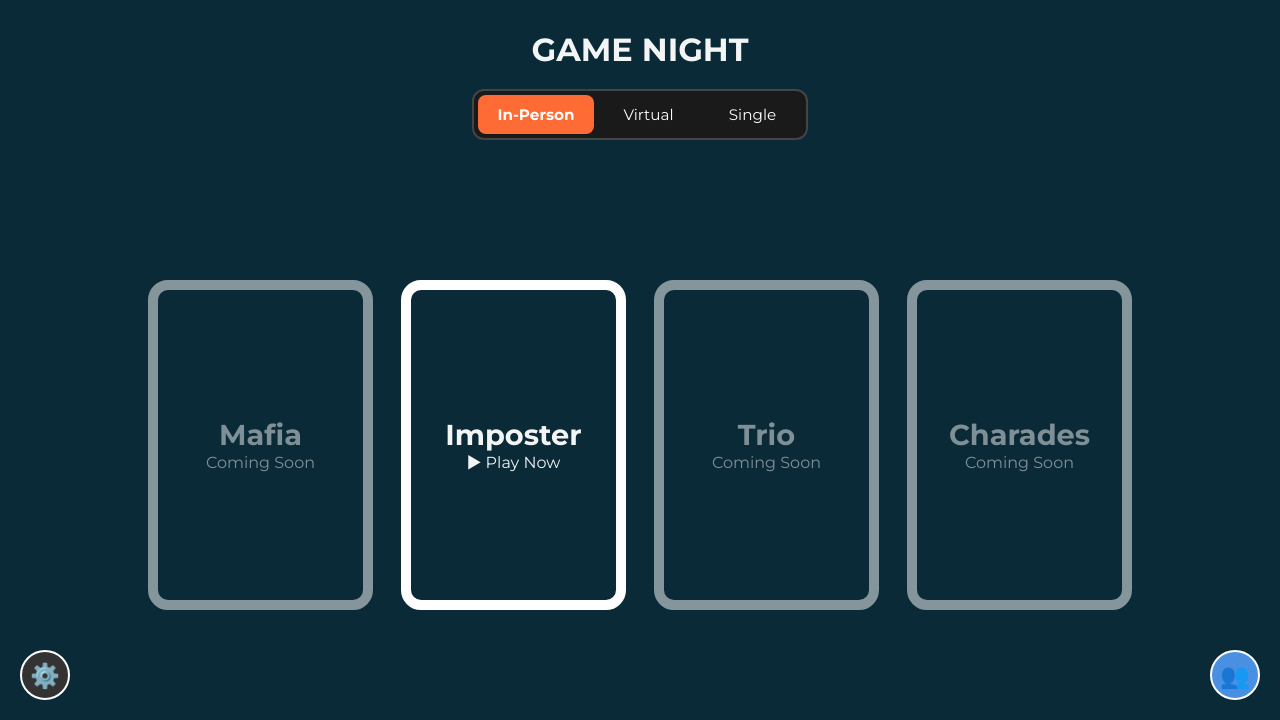
Repository: nfemmanuel/game-night-app
Page: /
These files come from the project's save history. The page is drawn as it stood at one moment and after the next save; the edit follows.
The browser window is 1280 px wide. The pictures show the whole page.
Some web fonts or font styles are not loaded; a fallback is used. The project was rebuilt for these pictures with package versions that can differ from the ones it lists, and the page was loaded fresh each time. Also part of the build but not shown: src/components/BackButton.jsx, src/components/HelpButton.jsx, src/pages/imposter/ImposterSetup.jsx, src/data/wordList.js, src/pages/imposter/ImposterReveal.jsx, src/pages/imposter/ImposterVoting.jsx.

Above is the page before, as saved 2026-01-04 00:34:54.

### public/index.html
<!DOCTYPE html>
<html lang="en">

<head>
  <meta charset="utf-8" />
  <link rel="icon" href="%PUBLIC_URL%/favicon.ico" />
  <link rel="preconnect" href="https://fonts.googleapis.com">
  <link rel="preconnect" href="https://fonts.gstatic.com" crossorigin>
  <link href="https://fonts.googleapis.com/css2?family=Montserrat:wght@400;600;700&display=swap" rel="stylesheet">
  <meta name="viewport" content="width=device-width, initial-scale=1, maximum-scale=1, user-scalable=no" />
  <meta name="theme-color" content="#000000" />
  <meta name="description" content="Web site created using create-react-app" />
  <link rel="apple-touch-icon" href="%PUBLIC_URL%/logo192.png" />
  <!--
      manifest.json provides metadata used when your web app is installed on a
      user's mobile device or desktop. See https://developers.google.com/web/fundamentals/web-app-manifest/
    -->
  <link rel="manifest" href="%PUBLIC_URL%/manifest.json" />
  <!--
      Notice the use of %PUBLIC_URL% in the tags above.
      It will be replaced with the URL of the `public` folder during the build.
      Only files inside the `public` folder can be referenced from the HTML.

      Unlike "/favicon.ico" or "favicon.ico", "%PUBLIC_URL%/favicon.ico" will
      work correctly both with client-side routing and a non-root public URL.
      Learn how to configure a non-root public URL by running `npm run build`.
    -->
  <title>NF's Game Night</title>
</head>

<body>
  <noscript>You need to enable JavaScript to run this app.</noscript>
  <div id="root"></div>
  <!--
      This HTML file is a template.
      If you open it directly in the browser, you will see an empty page.

      You can add webfonts, meta tags, or analytics to this file.
      The build step will place the bundled scripts into the <body> tag.

      To begin the development, run `npm start` or `yarn start`.
      To create a production bundle, use `npm run build` or `yarn build`.
    -->
</body>

</html>

### src/styles/global.css
* {
    margin: 0;
    padding: 0;
    box-sizing: border-box;
}

body {
    font-family: 'Montserrat', -apple-system, BlinkMacSystemFont, 'Segoe UI', 'Roboto', 'Oxygen',
        'Ubuntu', 'Cantarell', 'Fira Sans', 'Droid Sans', 'Helvetica Neue',
        sans-serif;
    -webkit-font-smoothing: antialiased;
    -moz-osx-font-smoothing: grayscale;
    color: white;
    overflow-x: hidden;
}

button {
    font-family: inherit;
    border: none;
    border-radius: 5px;
    cursor: pointer;
}

.page-title {
    font-size: 2.5rem;
}

/* Mobile optimizations */
@media (max-width: 768px) {
    .page-title {
        font-size: 2rem !important;
    }
}

@media (max-width: 480px) {
    .page-title {
        font-size: 1.5rem !important;
    }
}

/* Slide animations for page transitions */
@keyframes slide-in-left {
    from {
        transform: translateX(100%);
        opacity: 0;
    }

    to {
        transform: translateX(0);
        opacity: 1;
    }
}

@keyframes slide-in-right {
    from {
        transform: translateX(-100%);
        opacity: 0;
    }

    to {
        transform: translateX(0);
        opacity: 1;
    }
}

@keyframes slideInLeft {
    from {
        transform: translateX(-100%);
    }

    to {
        transform: translateX(0);
    }
}

### src/contexts/ThemeContext.jsx
import { createContext, useContext, useState } from 'react';

const themes = {
  dark: {
    // Your palette
    primary: '#061E29',
    secondary: '#1D546D',
    tertiary: '#5F9598',
    light: '#F3F4F4',

    // Backgrounds
    bgDark: '#061E29',
    bgMedium: '#0A2A38',
    bgLight: '#1D546D',

    // Text
    textPrimary: '#F3F4F4',
    textSecondary: '#5F9598',
    textDisabled: '#2A5A70',

    // Accents
    accent: '#5F9598',
    accentHover: '#7AB5B8',

    // Semantic
    success: '#5F9598',
    danger: '#D96459',
    warning: '#E8A87C',

    // Card colors (alternating)
    cardColor1: '#5F9598',
    cardColor2: '#1D546D'
  },

  light: {
    primary: '#F3F4F4',
    secondary: '#E8EEF0',
    tertiary: '#5F9598',
    dark: '#061E29',

    bgDark: '#FFFFFF',
    bgMedium: '#F3F4F4',
    bgLight: '#E8EEF0',

    textPrimary: '#061E29',
    textSecondary: '#1D546D',
    textDisabled: '#B0C4C8',

    accent: '#1D546D',
    accentHover: '#2A6B8A',

    success: '#5F9598',
    danger: '#D96459',
    warning: '#E8A87C',

    cardColor1: '#1D546D',
    cardColor2: '#5F9598'
  }
};

const ThemeContext = createContext();

export function ThemeProvider({ children }) {
  const [currentTheme, setCurrentTheme] = useState('dark');

  const theme = themes[currentTheme];

  const toggleTheme = () => {
    setCurrentTheme(prev => prev === 'dark' ? 'light' : 'dark');
  };

  return (
    <ThemeContext.Provider value={{ theme, currentTheme, toggleTheme, themes }}>
      {children}
    </ThemeContext.Provider>
  );
}

export function useTheme() {
  const context = useContext(ThemeContext);
  if (!context) {
    throw new Error('useTheme must be used within ThemeProvider');
  }
  return context;
}

### src/pages/LandingPage.jsx
import { useState } from 'react';
import { useNavigate } from 'react-router-dom';
import { motion, AnimatePresence } from 'framer-motion';
import GameCard from '../components/GameCard';
import ModeSelector from '../components/ModeSelector';
import SettingsButton from '../components/SettingsButton';
import SocialButton from '../components/SocialButton';
import { useTheme } from '../contexts/ThemeContext';

function LandingPage() {
    const navigate = useNavigate();
    const { theme } = useTheme();
    const [currentMode, setCurrentMode] = useState('in-person');
    const [direction, setDirection] = useState(0);

    const games = [
        { name: "Mafia", modes: ["in-person"], route: "/mafia-setup", available: false, color: "color1" },
        { name: "Imposter", modes: ["in-person", "virtual"], route: "/imposter-setup", available: true, color: "color2" },
        { name: "Trio", modes: ["in-person", "virtual", "single"], route: "/trio-setup", available: false, color: "color1" },
        { name: "UNO", modes: ["virtual", "single"], route: "/uno-setup", available: false, color: "color2" },
        { name: "UNO: Show 'Em No Mercy", modes: ["virtual", "single"], route: "/uno-nm-setup", available: false, color: "color1" },
        { name: "Charades", modes: ["in-person"], route: "/charades-setup", available: false, color: "color2" }
    ];

    const modes = ['in-person', 'virtual', 'single'];
    const currentIndex = modes.indexOf(currentMode);
    const filteredGames = games.filter(game => game.modes.includes(currentMode));

    const handleClick = (gameName, route) => {
        if (route) {
            navigate(route);
        }
    };

    const paginate = (newDirection) => {
        const newIndex = currentIndex + newDirection;
        if (newIndex >= 0 && newIndex < modes.length) {
            setDirection(newDirection);
            setCurrentMode(modes[newIndex]);
        }
    };

    const handleModeChange = (newMode) => {
        const newIndex = modes.indexOf(newMode);
        setDirection(newIndex > currentIndex ? 1 : -1);
        setCurrentMode(newMode);
    };

    const variants = {
        enter: (direction) => ({
            x: direction > 0 ? '100%' : '-100%',
            opacity: 0
        }),
        center: {
            x: 0,
            opacity: 1
        },
        exit: (direction) => ({
            x: direction > 0 ? '-100%' : '100%',
            opacity: 0
        })
    };

    const swipeConfidenceThreshold = 10000;
    const swipePower = (offset, velocity) => {
        return Math.abs(offset) * velocity;
    };

    return (
        <div
            className="landing-page"
            style={{
                padding: '20px',
                height: '100vh',
                display: 'flex',
                flexDirection: 'column',
                boxSizing: 'border-box',
                backgroundColor: theme.bgMedium,
                color: theme.textPrimary,
                overflow: 'hidden'
            }}
        >
            {/* SECTION 1: Title */}
            <div style={{
                textAlign: 'center',
                paddingBottom: '10px',
                flexShrink: 0
            }}>
                <h1 style={{ margin: '10px 0', color: theme.textPrimary }}>GAME NIGHT</h1>
            </div>

            {/* SECTION 2: Mode Selector */}
            <div style={{
                textAlign: 'center',
                paddingBottom: '20px',
                flexShrink: 0
            }}>
                <ModeSelector currentMode={currentMode} onModeChange={handleModeChange} />
            </div>

            {/* SECTION 3: Game Cards with Drag-to-Swipe */}
            <div
                style={{
                    flex: 1,
                    display: 'flex',
                    alignItems: 'center',
                    justifyContent: 'center',
                    minHeight: 0,
                    overflow: 'hidden',
                    position: 'relative'
                }}
            >
                <AnimatePresence initial={false} custom={direction} mode="wait">
                    <motion.div
                        key={currentMode}
                        custom={direction}
                        variants={variants}
                        initial="enter"
                        animate="center"
                        exit="exit"
                        transition={{
                            x: { type: "spring", stiffness: 300, damping: 30 },
                            opacity: { duration: 0.4 }
                        }}
                        drag="x"
                        dragConstraints={{ left: 0, right: 0 }}
                        dragElastic={0.2}
                        onDragEnd={(e, { offset, velocity }) => {
                            const swipe = swipePower(offset.x, velocity.x);

                            if (swipe < -swipeConfidenceThreshold) {
                                paginate(1);
                            } else if (swipe > swipeConfidenceThreshold) {
                                paginate(-1);
                            }
                        }}
                        style={{
                            display: 'flex',
                            gap: '8px',
                            justifyContent: 'center',
                            flexWrap: 'wrap',
                            padding: '0 8px',
                            width: '100%',
                            boxSizing: 'border-box',
                            position: 'absolute',
                            cursor: 'grab'
                        }}
                    >
                        {filteredGames.map(game => (
                            <GameCard
                                key={game.name}
                                name={game.name}
                                available={game.available}
                                color={game.color}
                                onClick={() => handleClick(game.name, game.route)}
                            />
                        ))}
                    </motion.div>
                </AnimatePresence>
            </div>

            {/* Settings Button */}
            <SettingsButton />
            <SocialButton />
        </div>
    );
}

export default LandingPage;

### src/components/GameCard.jsx
import styles from './GameCard.module.css';

function GameCard({ name, available, onClick, color }) {
    const cardClasses = `${styles.card} ${available ? styles.available : styles.disabled} ${color ? styles[color] : ''}`;

    return (
        <div
            className={cardClasses}
            onClick={available ? onClick : null}
        >
            <div className={styles.cardName}>{name}</div>
            <div className={styles.cardStatus}>{available ? '▶ Play Now' : 'Coming Soon'}</div>
        </div>
    );
}

export default GameCard;

### src/components/ModeSelector.jsx
function ModeSelector({ currentMode, onModeChange }) {
    const modes = [
        { id: 'in-person', label: 'In-Person' },
        { id: 'virtual', label: 'Virtual' },
        { id: 'single', label: 'Single' }
    ];

    return (
        <div style={{
            display: 'flex',
            justifyContent: 'center',
            marginBottom: '30px',
            flexShrink: 0
        }}>
            <div style={{
                display: 'flex',
                backgroundColor: '#1a1a1a',
                borderRadius: '12px',
                padding: '4px',
                border: '2px solid #444',
                gap: '4px'
            }}>
                {modes.map(mode => (
                    <button
                        key={mode.id}
                        onClick={() => onModeChange(mode.id)}
                        style={{
                            padding: '10px 20px',
                            fontSize: '0.95rem',
                            backgroundColor: currentMode === mode.id ? '#FF6B35' : 'transparent',
                            color: 'white',
                            border: 'none',
                            borderRadius: '8px',
                            cursor: 'pointer',
                            transition: 'all 0.3s ease',
                            fontFamily: 'inherit',
                            fontWeight: currentMode === mode.id ? 'bold' : 'normal',
                            minWidth: '100px',
                            whiteSpace: 'nowrap'
                        }}
                    >
                        {mode.label}
                    </button>
                ))}
            </div>
        </div>
    );
}

export default ModeSelector;

### src/components/SettingsButton.jsx
import { useState } from 'react';

function SettingsButton() {
    const [isOpen, setIsOpen] = useState(false);

    return (
        <>
            {/* Settings Icon - Bottom Left */}
            <button
                onClick={() => setIsOpen(true)}
                style={{
                    position: 'fixed',
                    bottom: '20px',
                    left: '20px',
                    width: '50px',
                    height: '50px',
                    borderRadius: '50%',
                    backgroundColor: '#333',
                    border: '2px solid white',
                    color: 'white',
                    fontSize: '1.5rem',
                    cursor: 'pointer',
                    zIndex: 1000,
                    display: 'flex',
                    alignItems: 'center',
                    justifyContent: 'center'
                }}
            >
                ⚙️
            </button>

            {/* Settings Drawer */}
            {isOpen && (
                <>
                    {/* Backdrop */}
                    <div
                        onClick={() => setIsOpen(false)}
                        style={{
                            position: 'fixed',
                            top: 0,
                            left: 0,
                            right: 0,
                            bottom: 0,
                            backgroundColor: 'rgba(0, 0, 0, 0.5)',
                            zIndex: 1001
                        }}
                    />

                    {/* Drawer */}
                    <div
                        style={{
                            position: 'fixed',
                            left: 0,
                            top: 0,
                            bottom: 0,
                            width: '300px',
                            maxWidth: '80vw',
                            backgroundColor: '#2a2a2a',
                            padding: '20px',
                            zIndex: 1002,
                            boxShadow: '2px 0 10px rgba(0,0,0,0.5)'
                        }}
                    >
                        <div style={{
                            display: 'flex',
                            justifyContent: 'space-between',
                            alignItems: 'center',
                            marginBottom: '20px'
                        }}>
                            <h2 style={{ margin: 0 }}>Settings</h2>
                            <button
                                onClick={() => setIsOpen(false)}
                                style={{
                                    background: 'none',
                                    border: 'none',
                                    color: 'white',
                                    fontSize: '1.5rem',
                                    cursor: 'pointer',
                                    padding: '0'
                                }}
                            >
                                ✕
                            </button>
                        </div>

                        <p style={{ color: '#999' }}>Settings coming soon...</p>
                    </div>
                </>
            )}
        </>
    );
}

export default SettingsButton;

### src/components/GameCard.module.css
.card {
    width: 225px;
    aspect-ratio: 225 / 330;
    padding: 30px;
    margin: 10px;
    border-radius: 20px;
    border: 10px solid white;
    text-align: center;
    transition: all 0.3s ease;
    display: flex;
    flex-direction: column;
    justify-content: center;
    align-items: center;
}

.cardName {
    font-size: 1.8rem;
    font-weight: bold;
    margin: 0;
    line-height: 1.2;
}

.cardAvailable {
    font-size: 1.1rem;
    margin: 10px 0 0 0;
}

.available {
    cursor: pointer;
}

.available:hover {
    transform: scale(1.05);
    filter: brightness(1.2);
}

.disabled {
    cursor: not-allowed;
    opacity: 0.5;
}

/* Mobile: 3 cards per row */
@media (max-width: 768px) {
    .card {
        width: calc(33.333% - 10px);
        aspect-ratio: 225 / 330;
        padding: 3vw;
        margin: 5px;
        border-width: 5px;
        border-radius: 12px;
    }

    .cardName {
        font-size: 0.65rem;
        font-weight: bold;
        margin-bottom: 5px;
        line-height: 1.1;
    }

    .cardAvailable {
        font-size: 0.5rem;
        margin-top: 5px;
    }
}

@media (max-width: 480px) {
    .card {
        width: calc(30% - 8px);
        aspect-ratio: 225 / 330;
        padding: 2.5vw;
        margin: 4px;
        border-width: 4px;
    }

    .cardName {
        font-size: 0.5rem;
        font-weight: bold;
        margin-bottom: 3px;
        line-height: 1;
        word-wrap: break-word;
        overflow-wrap: break-word;
    }

    .cardAvailable {
        font-size: 0.4rem;
        margin-top: 3px;
        white-space: nowrap;
    }
}

Loaded but not shown: src/App.js (21 lines, source omitted); src/index.js (14 lines, source omitted); src/components/SocialButton.jsx (189 lines, source omitted)

After the next save:
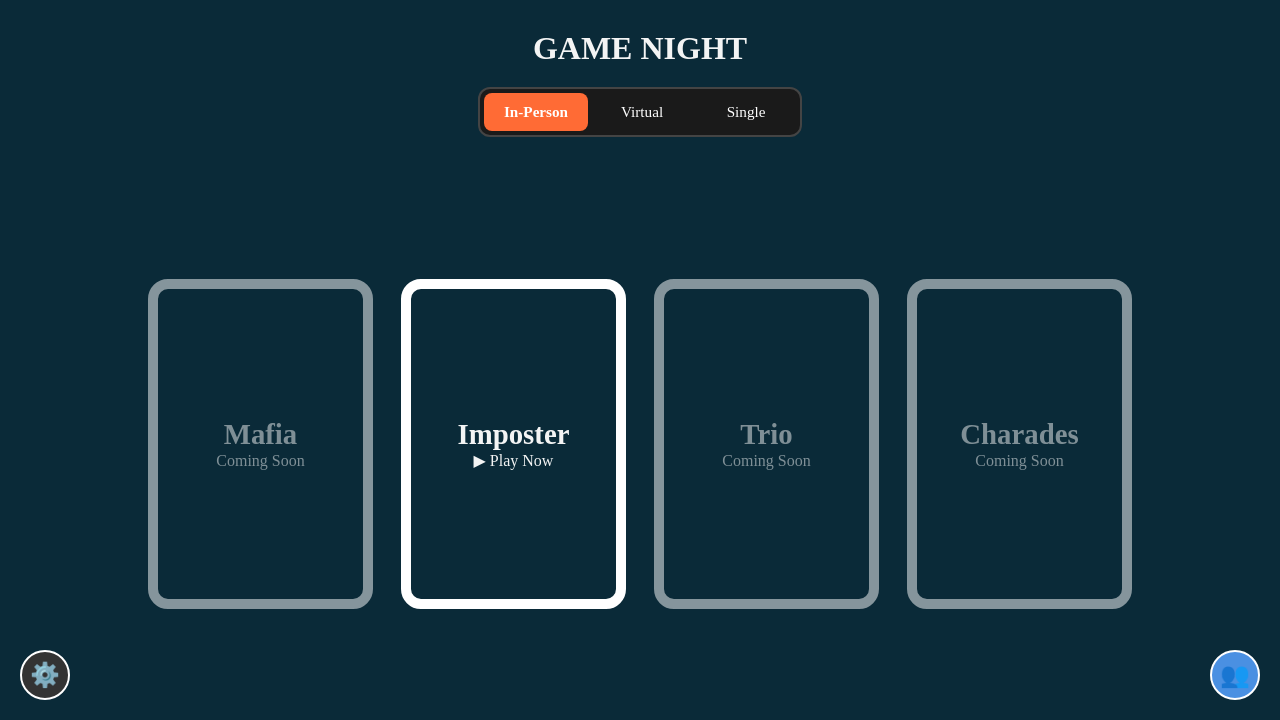
Saved 5 min 48 s later.
--- a/src/styles/global.css
+++ b/src/styles/global.css
@@ -1,3 +1,6 @@
+/* Import Google Fonts */
+@import url('https://fonts.googleapis.com/css2?family=Love+Ya+Like+A+Sister&family=Piedra&display=swap');
+
 * {
     margin: 0;
     padding: 0;
@@ -5,20 +8,33 @@
 }
 
 body {
-    font-family: 'Montserrat', -apple-system, BlinkMacSystemFont, 'Segoe UI', 'Roboto', 'Oxygen',
-        'Ubuntu', 'Cantarell', 'Fira Sans', 'Droid Sans', 'Helvetica Neue',
-        sans-serif;
+    font-family: 'Love Ya Like A Sister', cursive;
     -webkit-font-smoothing: antialiased;
     -moz-osx-font-smoothing: grayscale;
     color: white;
     overflow-x: hidden;
 }
 
+h1,
+h2,
+h3,
+h4,
+h5,
+h6,
+.page-title {
+    font-family: 'Piedra', cursive;
+}
+
 button {
-    font-family: inherit;
+    font-family: 'Love Ya Like A Sister', cursive;
     border: none;
     border-radius: 5px;
     cursor: pointer;
+}
+
+input,
+textarea {
+    font-family: 'Love Ya Like A Sister', cursive;
 }
 
 .page-title {
